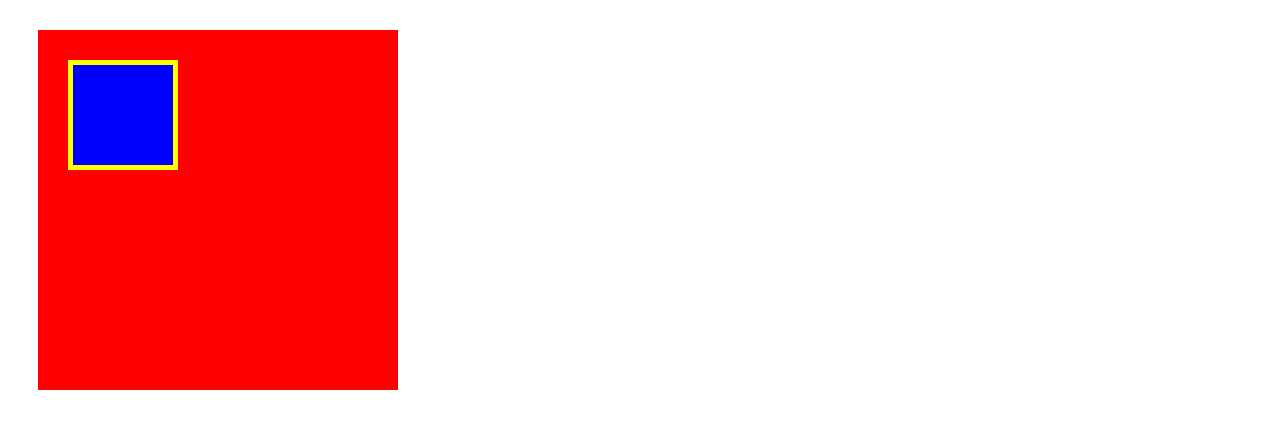
Repository: NANAKUNITA/chapter10
Page: box/box.html
The author's editor kept a record of every edit. The page is drawn from the files as they stood at one moment, then again after the next edit.
The browser window is 1280 px wide. The pictures show the whole page.

Above is the page before.

After the next edit:
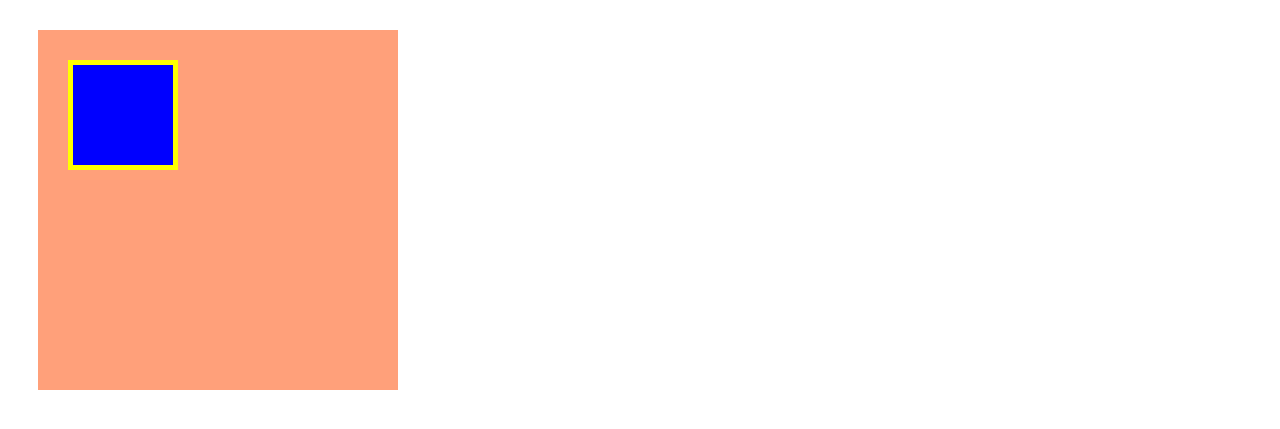
The edit:
--- a/box/box.css
+++ b/box/box.css
@@ -1,7 +1,7 @@
 .box1{
   width: 300px;
   height: 300px;
-  background-color: #FF0000;
+  background-color: #FFa07a;
   margin:30px;
   padding:30px;
 }
